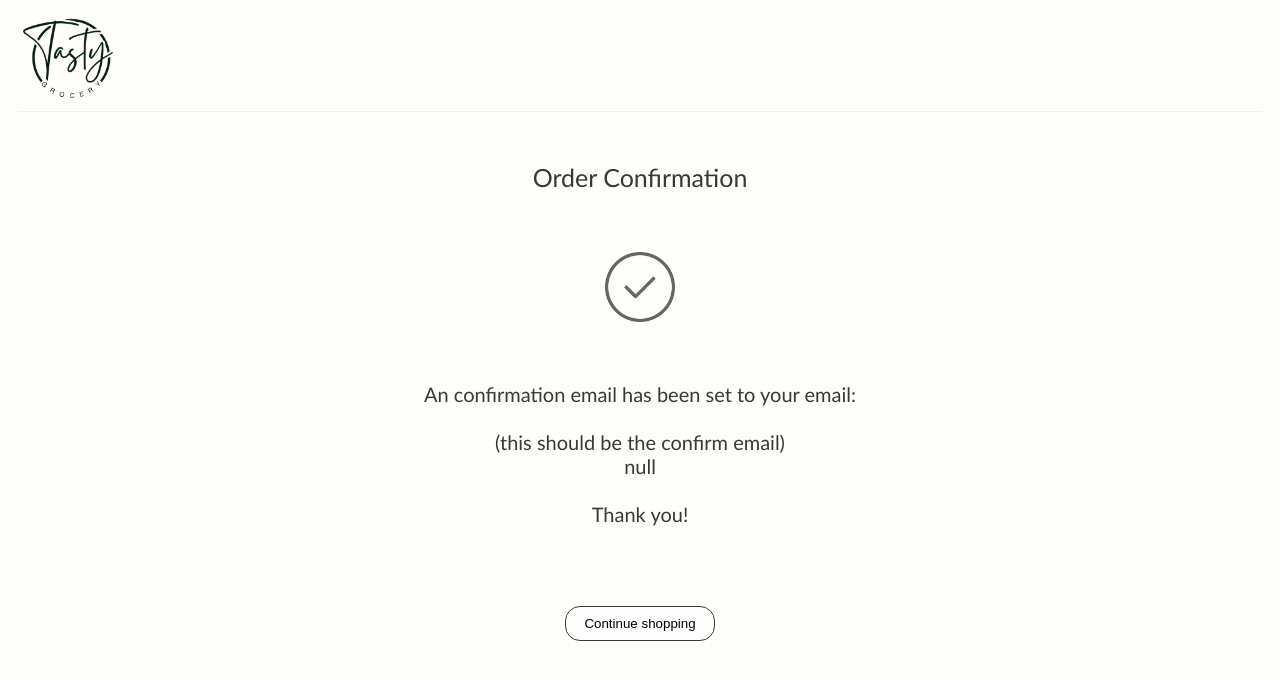
Repository: hxycindyhxy/TastyGrocery
Page: confirmation.html
The author's editor kept a record of every edit. The page is drawn from the files as they stood at one moment, then again after the next edit.
The browser window is 1280 px wide. The pictures show the whole page.

Above is the page before.

### confirmation.html
<!DOCTYPE html>
<html lang="en">
<head>
  <meta charset="UTF-8">
  <meta name="viewport" content="width=device-width, initial-scale=1.0">
  <title>Tasty Grocery</title>
  <link rel="stylesheet" href="style.css">
</head>
<body>
  <header>
    <a href="index.php" id="logo-button">
      <img src="img/Tasty.png" alt="Logo">
    </a>
  </header>
  <div class="border-title">
    <div class="delivery-title">
      Order Confirmation
    </div>
  </div>
  <div class="confirmation-img-container">
    <img src="img/comfirm.png" alt="tick icon">
  </div>
  <div class="confirm-msg">
    An confirmation email has been set to your email: </br></br>
    <div id="confirm-email">(this should be the confirm email)</div></br>
    Thank you!
  </div>
  <div class="continue-shopping">
    <a href="index.php">
      <button id="continue-shopping-btn">
        Continue shopping
      </button>
    </a>
  </div>

  <script src="confirmation.js"></script>
</body>
</html>

### style.css

/* body */
body {
  background-color: #fefefc;
  padding-left: 10px;
  padding-right: 10px;s
  display: flex;
  justify-content: center;
  flex-direction: column;
  font-family:'Trebuchet MS', 'Lucida Sans Unicode', 'Lucida Grande', 'Lucida Sans', Arial, sans-serif;
  color: rgb(60, 55, 48);
}

/* header */
header {
  display: flex;
  flex-direction: row;
  align-items: center;
  justify-content: space-between;
}

/* logo button */
#logo-button {
  border:none;
  padding: none;
  background: none;
  cursor: pointer;
}

#logo-button img {
  height: 10vh;
  min-height: 100px;
}

/* shopping cart */
#cart-btn {
  border:none;
  padding: none;
  background: none;
  cursor: pointer;
}

#cart-btn img{
  height: 3vh;
  min-height: 30px;
}

/* search box */
#search-box {
  background-color: rgb(242, 239, 236);
  width: 40vw;
  height: 35px;
  border-radius: 15px;
}

#search-box form {
  width: 40vw;
  display: flex;
  flex-direction: row;
  align-items: center;
  justify-content: space-around;
}

#search-box input {
  all: unset;
  border:none;
  background-color: rgb(242, 239, 236);
  height: 25px;
  width: 30vw;
  padding-top: 4px;
  padding-left: 5px;
  border-radius: 15px;
}

#search-box button {
  border:none;
  padding: none;
  background: none;
  cursor: pointer;
}

#search-box button img {
  padding-top: 6px;
  height: 20px;
}

/* navigation bar */
#nav-bar {
  border-width: 1px 0 0 0;
  border-color: rgb(242, 239, 236);
  border-style: solid;
  justify-content:center;
  display: flex;
  flex-direction: row;
}

.catogory {
  margin: 10px 40px 10px 40px;
  font-size: 16px;
}

.catogory a {
  all: unset;
  border:none;
  padding: none;
  background: none;
  cursor: pointer;
}

.catogory a:hover {
  color: rgb(81, 135, 81);
  text-decoration: underline;
}

.sub-cat {
  color: rgb(81, 135, 81);
  position: absolute;
  display: none;
  flex-direction: column;

  padding-top: 16px;
  width: 150px;
}

.sub-cat a {
  padding-right: 20px;
  padding-bottom: 10px;
}

.catogory:hover .sub-cat {
  display: flex;
}

/* display item */
#grid-container {
  display: grid;
  grid-template-columns: 1fr 1fr 1fr 1fr; /* 4 equal columns */
  gap: 10px; /* Space between grid items */
  padding: 10px;
  margin: 80px 100px 0 100px;

  max-width: 1200px;
  margin-left: auto;
  margin-right: auto;
}

.grid-item {
  text-align: center;
  margin: 0 1vw 60px 1vw;
}

.image-container {
  background:rgb(242, 239, 236);
  padding: 8%;
  align-items: center;
  justify-content: center;
}

.image-container:hover {
  background-color: rgb(230, 208, 187);
}

.grid-item img {
  max-width: 80%;
  object-fit: contain;
}

.item-details {
  display: flex;
  flex-direction: column;
  justify-content: left;
  text-align:left;
  margin: 10px 0 0 0;
}

.item-name {
  font-size: 18px;
  margin-bottom: 15px;
}

.item-price {
  font-size: 15px;
  margin-bottom: 2px;
  color: rgb(113, 107, 100);
}

.item-unit {
  font-size: 15px;
  margin-bottom: 2px;
  color: rgb(113, 107, 100);
}

.item-stock-status {
  font-size: 15px;
  color: rgb(113, 107, 100);
}

.add-button {
  margin-top: 18px;
  width: 100%;
  height: 30px;

  border:none;
  border-style: solid;
  border-radius: 15px;
  border-width: 1px;
  border-color: rgb(60, 55, 48);
  padding: none;
  background: none;
}

.add-button:hover {
  cursor: pointer;
  border:none;
  color:#fefefc;
  background-color: rgb(60, 55, 48);
}

.add-button:active {
  background-color: rgb(81, 135, 81);
}

.add-button-disabled {
  margin-top: 18px;
  width: 100%;
  height: 30px;

  border:none;
  border-style: solid;
  border-radius: 15px;
  border-width: 1px;
  border-color: rgb(211, 211, 211);
  padding: none;
  background: none;
}

.add-button:disabled {
  color: #666;
  pointer-events: none;
  opacity: 0.5;
}

/* shopping cart */
#cart-page {
  width: 100vw;
  height: 100vh;
  display: none;
  flex-direction: row;

  position: fixed;
  top: 50%;
  left: 50%;
  transform: translate(-50%, -50%);
}

.cart-page-left {
  flex:2;
  background-color: black;
  opacity: 0.4;
}

.cart-page-right {
  flex:1;
  min-width: 450px;
  background-color: #fefefc;
  display: flex;
  flex-direction: column;
}

.cart-top {
  display: flex;
  flex-direction: row;
  justify-content: space-between;
  margin: 40px 30px 0px 30px;
  flex: 1;
  align-items: center;
}

.cart-title {
  font-size: 20px;
}

#cart-close-btn {
  all: unset;
  cursor: pointer;
}

#cart-close-btn:hover {
  color: rgb(81, 135, 81);
  cursor: pointer;
}

.cart-bottom {
  flex: 1;
  margin: 30px;
  display: flex;
  justify-content: center;
}

#check-out-btn {
  width: 30vw;
  height: 40px;

  border:none;
  border-style: solid;
  border-radius: 15px;
  border-width: 1px;
  border-color: rgb(90, 82, 72);
  padding: none;
  color:#fefefc;
  background-color: rgb(90, 82, 72);
}

#check-out-btn:hover {
  cursor: pointer;
  border:none;
  color:#fefefc;
  background-color: rgb(60, 55, 48);
}

#check-out-btn:disabled {
  background-color: #ccc;
  color: #666;
  pointer-events: none;
  opacity: 0.6;
}

.cart-content {
  flex: 10;
  margin: 30px 30px 0 30px;
}

.cart-item {
  display: grid;
  grid-template-columns: 1fr 1fr 1fr 1fr 1fr;
  gap: 3px;
  padding: 5px;

  border-style: solid;
  border-width: 0 0 1px 0;
  border-color: rgb(242, 239, 236);
}

.cart-item-image img{
  width: 100%;
  margin-right: 5px;
}

.cart-item-name {
  text-align: right;
  color: rgb(113, 107, 100);
}

.cart-item-unit-price {
  text-align: right;
  margin-right: 10px;
}

.cart-item-quantity {
  text-align: right;
}

.cart-item-remove {
  text-align: right;
}

.cart-item-remove button {
  all: unset;
}

.cart-item-remove button:hover {
  background-color: rgb(242, 239, 236);
  cursor: pointer;
}

.cart-total-price-container {
  flex: 0.5;
  text-align: right;
  margin: 30px;
  display: flex;
  flex-direction: row;
  justify-content: right;
  font-size: 18px;
}

.cart-item-quantity button {
  all: unset;
  cursor: pointer;
}

.remove-all-container {
  display: flex;
  justify-content: center;
  margin: 30px;
}

.remove-one-btn img {
  width: 20px;
}

#remove-all-btn {
  width: 100px;
  height: 30px;

  border:none;
  border-style: solid;
  border-radius: 15px;
  border-width: 1px;
  border-color: rgb(90, 82, 72);
  padding: none;
  color: rgb(90, 82, 72);
  background: none;
}

#remove-all-btn:hover {
  cursor: pointer;
  border:none;
  color:#fefefc;
  background-color: rgb(90, 82, 72);
}

.cart-item-quantity .minus-btn, .cart-item-quantity .plus-btn {
  border-style: solid;
  border-width: 1px;
  border-color: rgb(90, 82, 72);
}

.minus-btn:disabled, .plus-btn:disabled {
  background-color: #ccc;
  color: #666;
  pointer-events: none;
  opacity: 0.6;
}

.cart-item-quantity .minus-btn:hover {
  cursor: pointer;
  color:#fefefc;
  background-color: rgb(90, 82, 72);
}

.cart-item-quantity .plus-btn:hover {
  cursor: pointer;
  color:#fefefc;
  background-color: rgb(90, 82, 72);
}

/* delivery page*/
.border-title {
  border-width: 1px 0 0 0;
  border-color: rgb(242, 239, 236);
  border-style: solid;

  display: flex;
  flex-direction: row;
  justify-content: center;
}

.delivery-title {
  margin: 50px;
  font-size: 25px;
}

.form-container {
  display: flex;
  justify-content: center;
}

#delivery-info-form {
  width: 500px;
}

#delivery-info-form input {
  all: unset;
  border: solid;
  border-width: 1.5px;
  border-color: rgb(224, 220, 217);
  border-radius: 10px;
  height: 50px;
  padding-left: 10px;
}

#delivery-info-form input:focus {
  border-color: rgb(90, 82, 72);
}

#state-option {
  all: unset;
  border: solid;
  border-width: 1.5px;
  border-color: rgb(224, 220, 217);
  border-radius: 10px;
  height: 50px;
  padding-left: 10px;

  align-items: center;
  color: rgb(114, 113, 112);
}

#state-option:focus {
  border-color: rgb(90, 82, 72);
}

.delivery-subtitle {
  font-size: 20px;
  margin-bottom: 20px;
  font-weight: bold;
}

.name-input-container, .more-address-container {
  display: flex;
  flex-direction: row;
  justify-content: space-between;
  margin-top: 20px;
}

.input-vertical {
  display: flex;
  flex-direction: column;
}

.sub-sub-title {
  margin-bottom: 8px;
}

#first-name-block input {
  width: 230px;
}

#last-name-block input {
  width: 230px;
}

#mobile-number-input-container, #email-input-container {
  margin-top: 20px;
}

#mobile-number-input-container input {
  width: 490px;
}

#email-input-container input {
  width: 490px;
}

#info-address {
  margin-top: 40px;
}

#city-block input {
  width: 280px;
}

#state-option {
  width: 180px;
}

#place-order-btn {
  width: 500px;
  height: 40px;
  margin-top: 40px;

  border:none;
  border-style: solid;
  border-radius: 15px;
  border-width: 1px;
  border-color: rgb(90, 82, 72);
  padding: none;
  color:#fefefc;
  background-color: rgb(90, 82, 72);
}

#place-order-btn:hover {
  cursor: pointer;
  border:none;
  color:#fefefc;
  background-color: rgb(60, 55, 48);
}

/* confirmation page */
.confirmation-img-container {
  display: flex;
  justify-content: center;
}

.confirmation-img-container img {
  margin-top: 10px;
  width: 70px;
  opacity: 0.6;
}

.confirm-msg {
  margin-top: 60px;
  font-size: 20px;
  text-align: center;
}

.continue-shopping {
  display: flex;
  justify-content: center;
}

#continue-shopping-btn {
  margin-top: 80px;
  width: 150px;
  height: 35px;

  border:none;
  border-style: solid;
  border-radius: 15px;
  border-width: 1px;
  border-color: rgb(60, 55, 48);
  padding: none;
  background: none;
}

#continue-shopping-btn:hover {
  cursor: pointer;
  border:none;
  color:#fefefc;
  background-color: rgb(60, 55, 48);
}

### confirmation.js
//Pass the email address to this page
const emailConfirmContainer = document.getElementById("confirm-email");

let emailConfirm = localStorage.getItem('email');
console.log(emailConfirm);

const emailHTML = `<div>${emailConfirm}</div>`
emailConfirmContainer.insertAdjacentHTML('beforeend', emailHTML)

After the next edit:
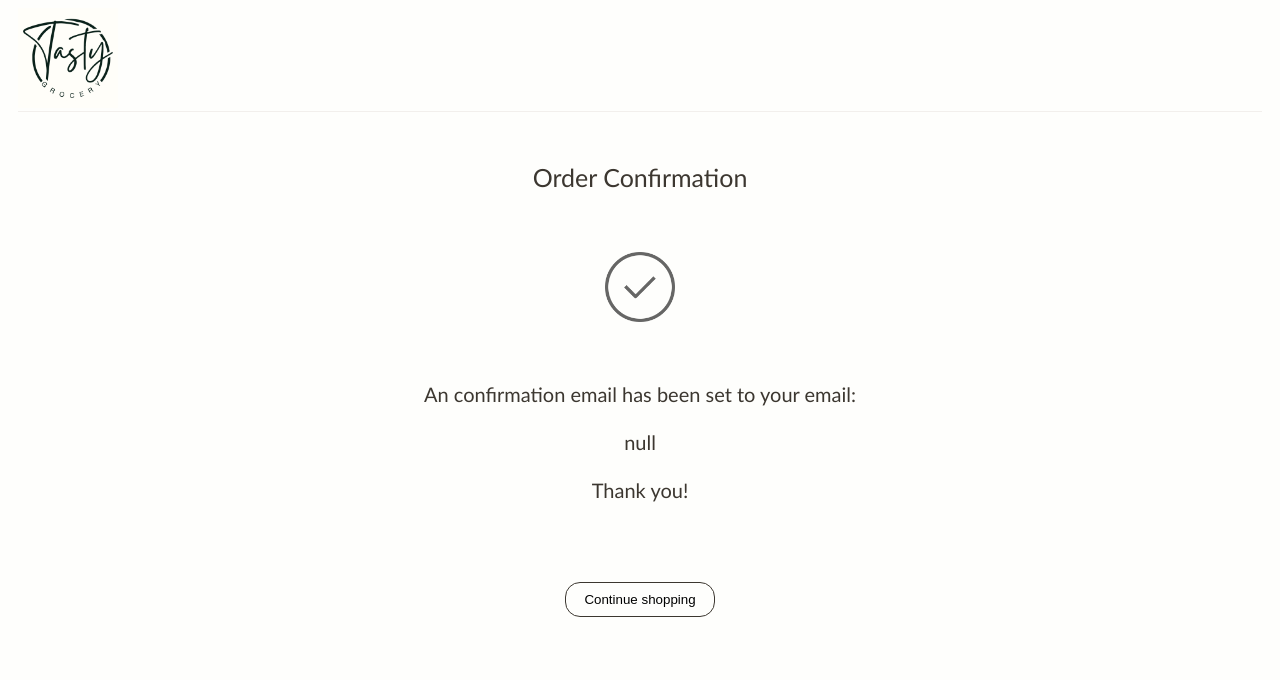
The edit:
--- a/confirmation.html
+++ b/confirmation.html
@@ -22,7 +22,7 @@
   </div>
   <div class="confirm-msg">
     An confirmation email has been set to your email: </br></br>
-    <div id="confirm-email">(this should be the confirm email)</div></br>
+    <div id="confirm-email"></div></br>
     Thank you!
   </div>
   <div class="continue-shopping">
